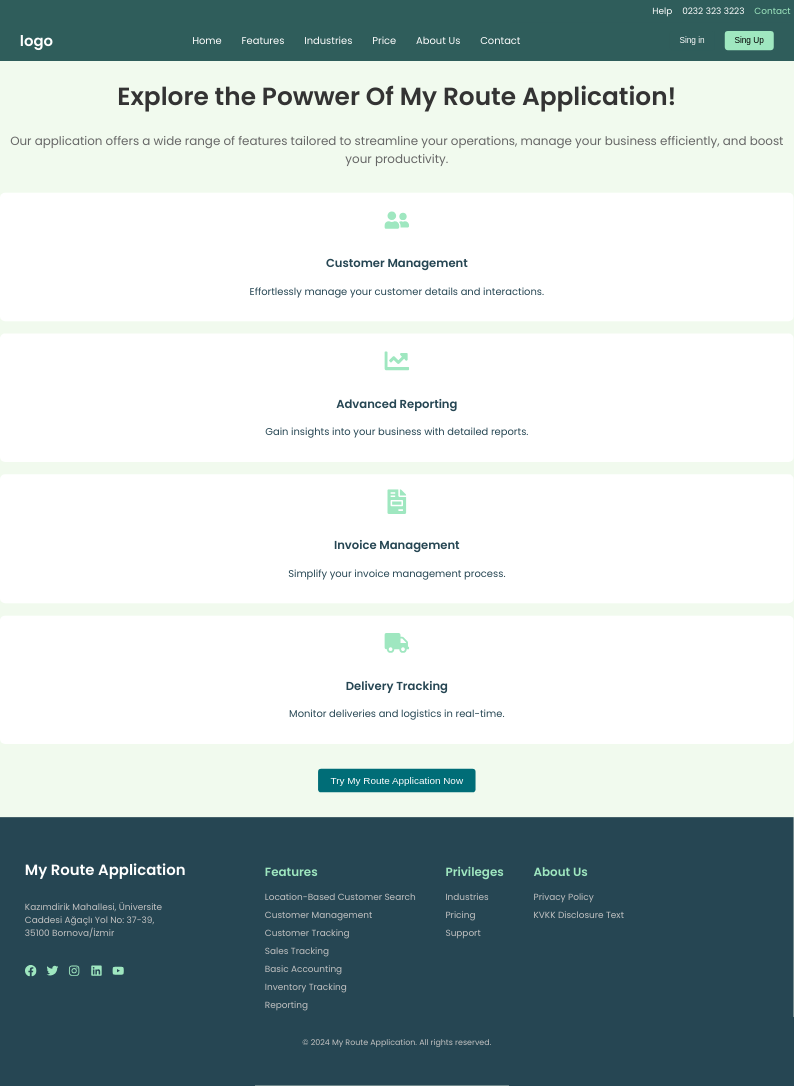
Repository: senolinanyasar/myrouteapplication
Page: /features
The author's editor kept a copy of each file at every save. The page is drawn from the files as they stood at one save, then again after the next save.
The browser window is 1280 px wide. The pictures show the whole page, at 62% of full size.
The project was rebuilt for these pictures with package versions that can differ from the ones it lists, and the page was loaded fresh each time. Also part of the build but not shown: vite.config.js, src/components/HeroSection.js, src/components/FeaturesSection.js, src/components/PricingSection.js, src/components/SupportSection.js, src/components/IndustriesTab.css, src/components/IndustriesTab.js, src/components/HomePage.js and 3 more.

Above is the page before, as saved 2024-11-18 01:02:11.

After the next save:
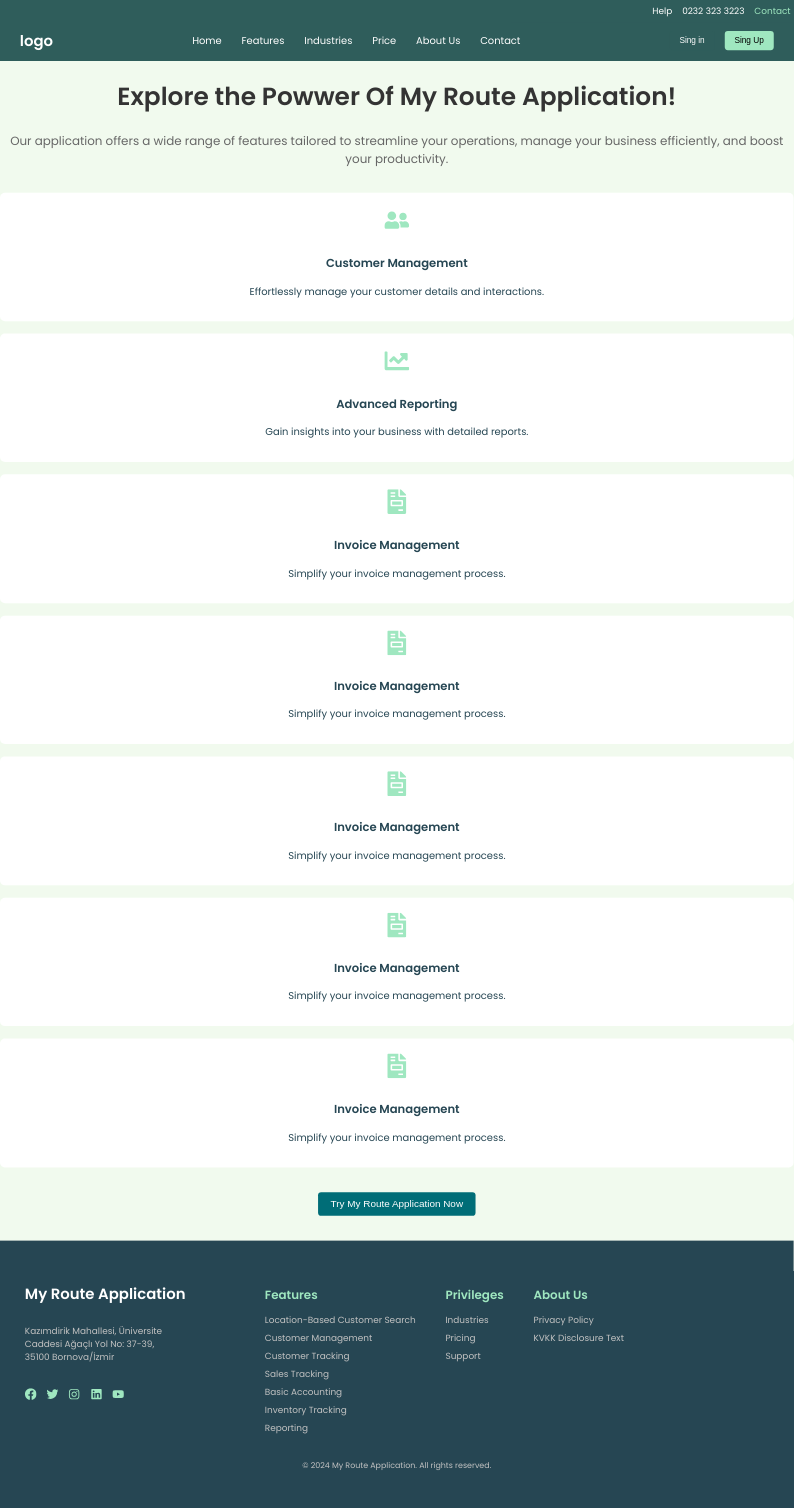
Saved 94 s later.
--- a/src/components/FeaturesPage.js
+++ b/src/components/FeaturesPage.js
@@ -31,11 +31,35 @@ const features = [
     },
     {
         id: 4,
-        title: 'Delivery Tracking',
-        icon: <FaTruck />,
-        shortDescription: 'Monitor deliveries and logistics in real-time.',
+        title: 'Invoice Management',
+        icon: <FaFileInvoice />,
+        shortDescription: 'Simplify your invoice management process.',
         detailedDescription:
-            'Track your shipments and manage delivery schedules seamlessly to ensure customer satisfaction.',
+            'Generate, manage, and send invoices to customers with ease. Keep track of paid and unpaid invoices directly from the app.',
+    },
+    {
+        id: 5,
+        title: 'Invoice Management',
+        icon: <FaFileInvoice />,
+        shortDescription: 'Simplify your invoice management process.',
+        detailedDescription:
+            'Generate, manage, and send invoices to customers with ease. Keep track of paid and unpaid invoices directly from the app.',
+    },
+    {
+        id: 6,
+        title: 'Invoice Management',
+        icon: <FaFileInvoice />,
+        shortDescription: 'Simplify your invoice management process.',
+        detailedDescription:
+            'Generate, manage, and send invoices to customers with ease. Keep track of paid and unpaid invoices directly from the app.',
+    },
+    {
+        id: 7,
+        title: 'Invoice Management',
+        icon: <FaFileInvoice />,
+        shortDescription: 'Simplify your invoice management process.',
+        detailedDescription:
+            'Generate, manage, and send invoices to customers with ease. Keep track of paid and unpaid invoices directly from the app.',
     },
 ];
 
